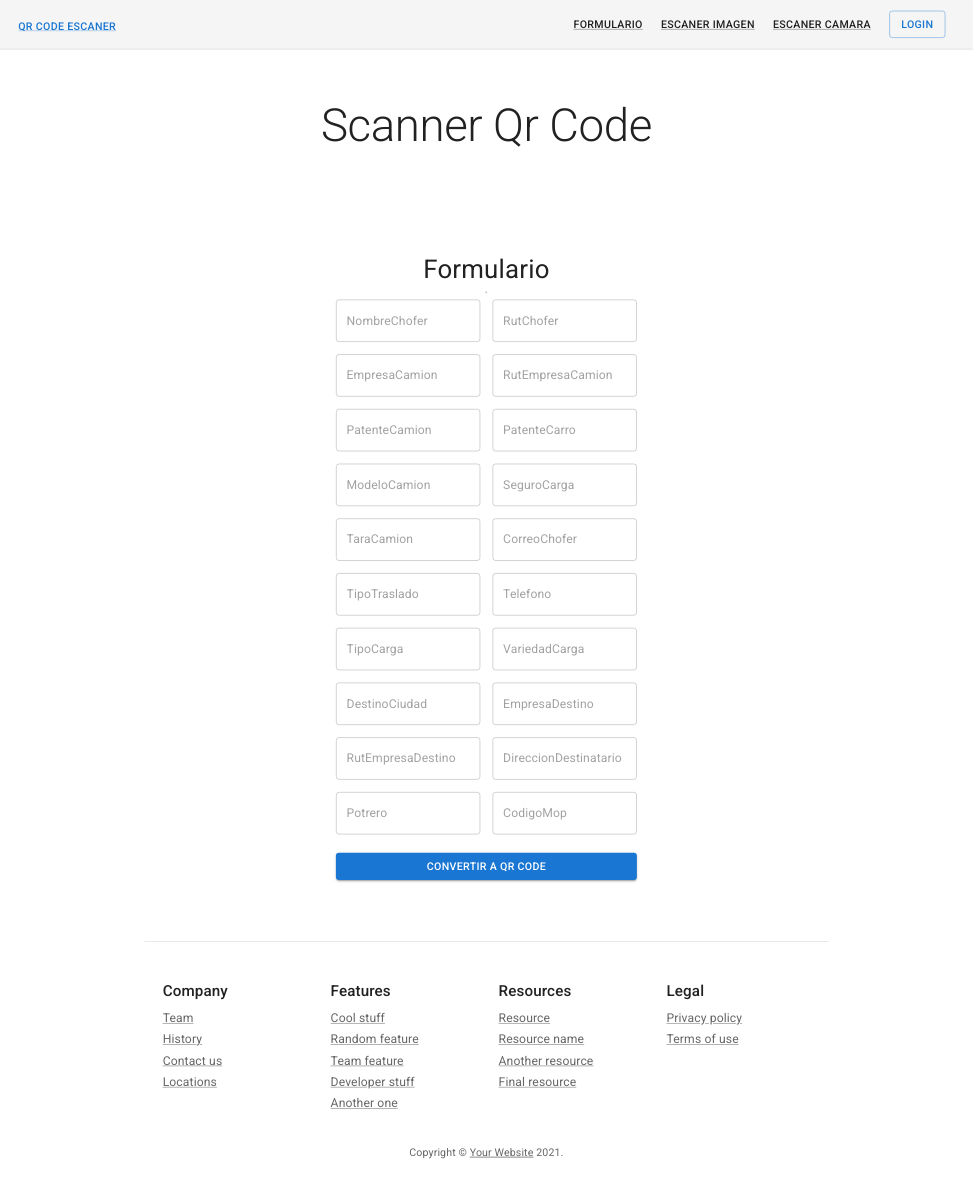
Repository: FlamesAlejandro/QrCodeForm
Page: /form
The author's editor kept a copy of each file at every save. The page is drawn from the files as they stood at one save, then again after the next save.
The browser window is 1280 px wide. The pictures show the whole page, at 76% of full size.
The project was rebuilt for these pictures with package versions that can differ from the ones it lists, and the page was loaded fresh each time. Also part of the build but not shown: src/App.css, src/components/pages/ImagenEscaner.js, src/components/pages/CamaraEscaner.js, src/components/pages/Home.js.

Above is the page before, as saved 2021-10-24 08:15:05.

After the next save:
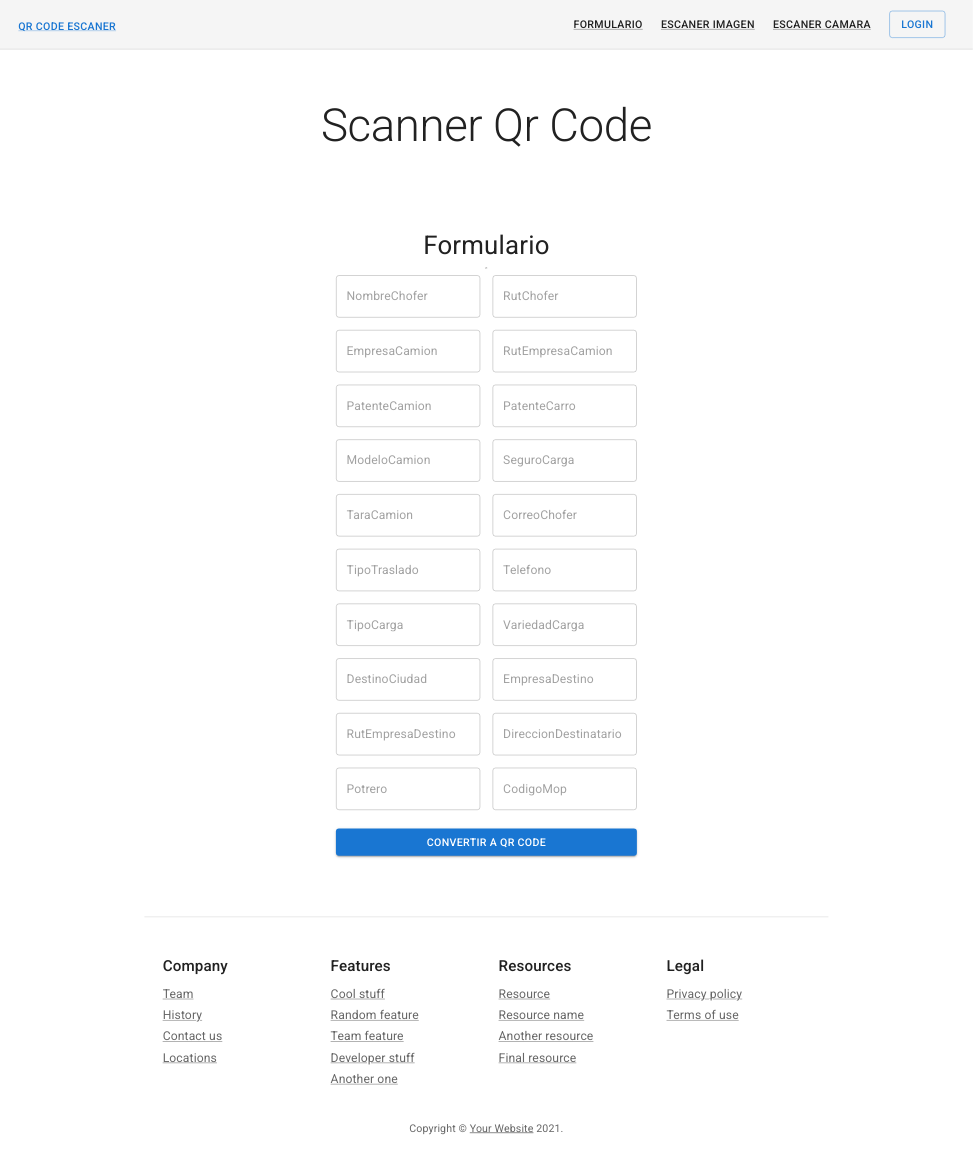
Saved 8 s later.
--- a/src/components/pages/Form.js
+++ b/src/components/pages/Form.js
@@ -33,7 +33,7 @@
                 <CssBaseline />
                 <Box
                 sx={{
-                    marginTop: 8,
+                    marginTop: 4,
                     display: 'flex',
                     flexDirection: 'column',
                     alignItems: 'center',

After the save that followed:
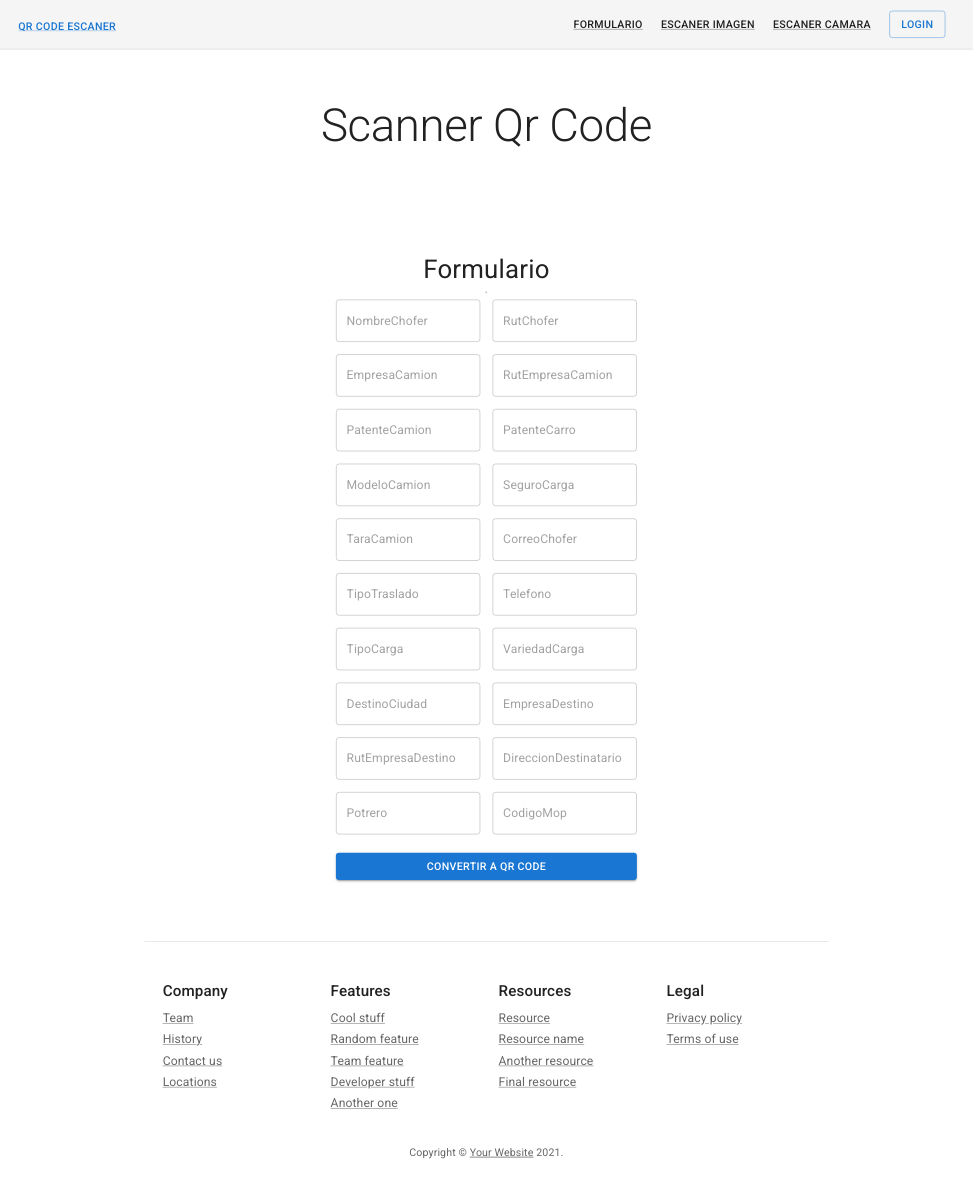
Saved 5 s later.
--- a/src/components/pages/Form.js
+++ b/src/components/pages/Form.js
@@ -33,7 +33,7 @@
                 <CssBaseline />
                 <Box
                 sx={{
-                    marginTop: 4,
+                    marginTop: 8,
                     display: 'flex',
                     flexDirection: 'column',
                     alignItems: 'center',
